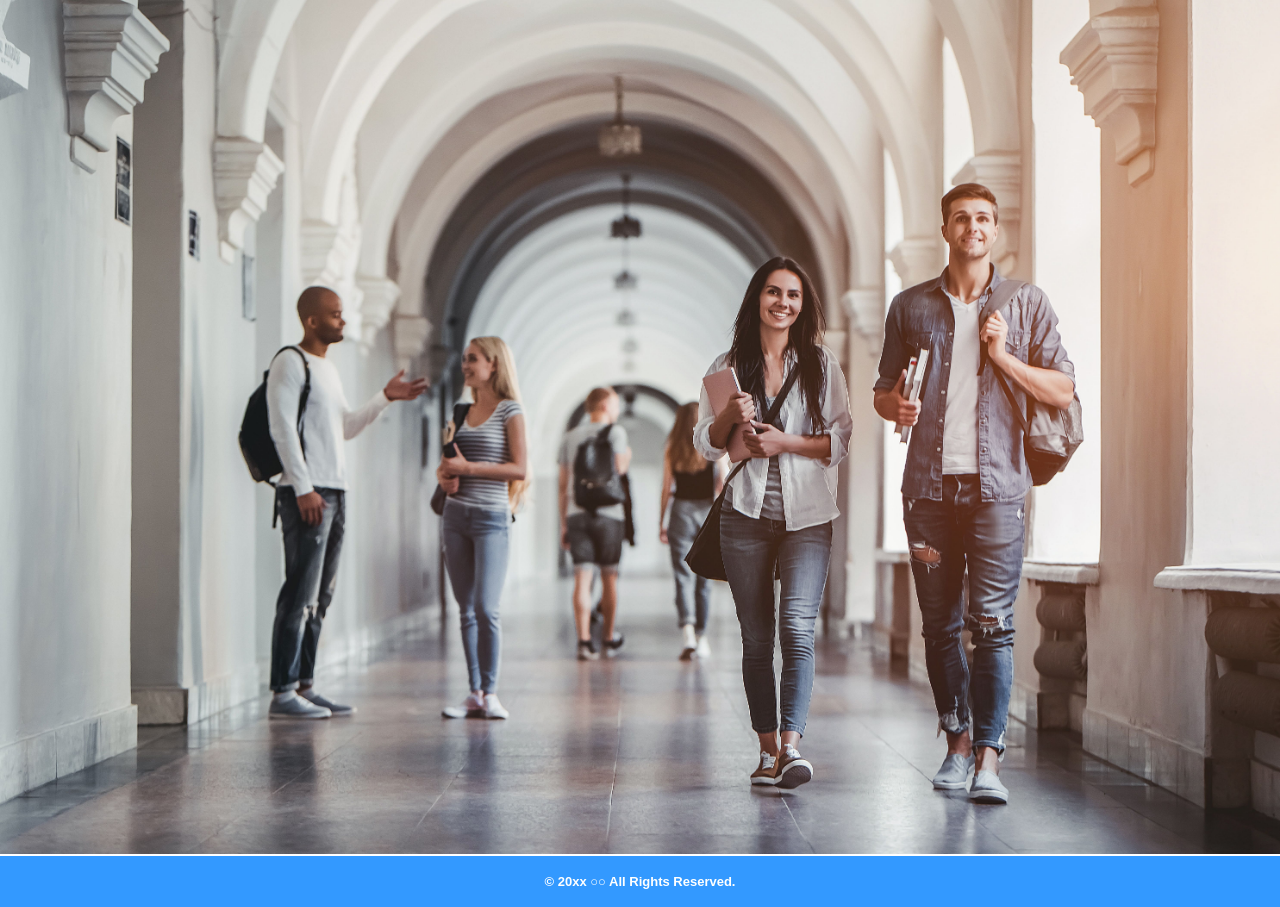
Repository: kanoma03/samurai_HTML-CSS
Page: html/home.html
The author's editor kept a record of every edit. The page is drawn from the files as they stood at one moment, then again after the next edit.
The browser window is 1280 px wide. The pictures show the whole page.

Above is the page before.

After the next edit:
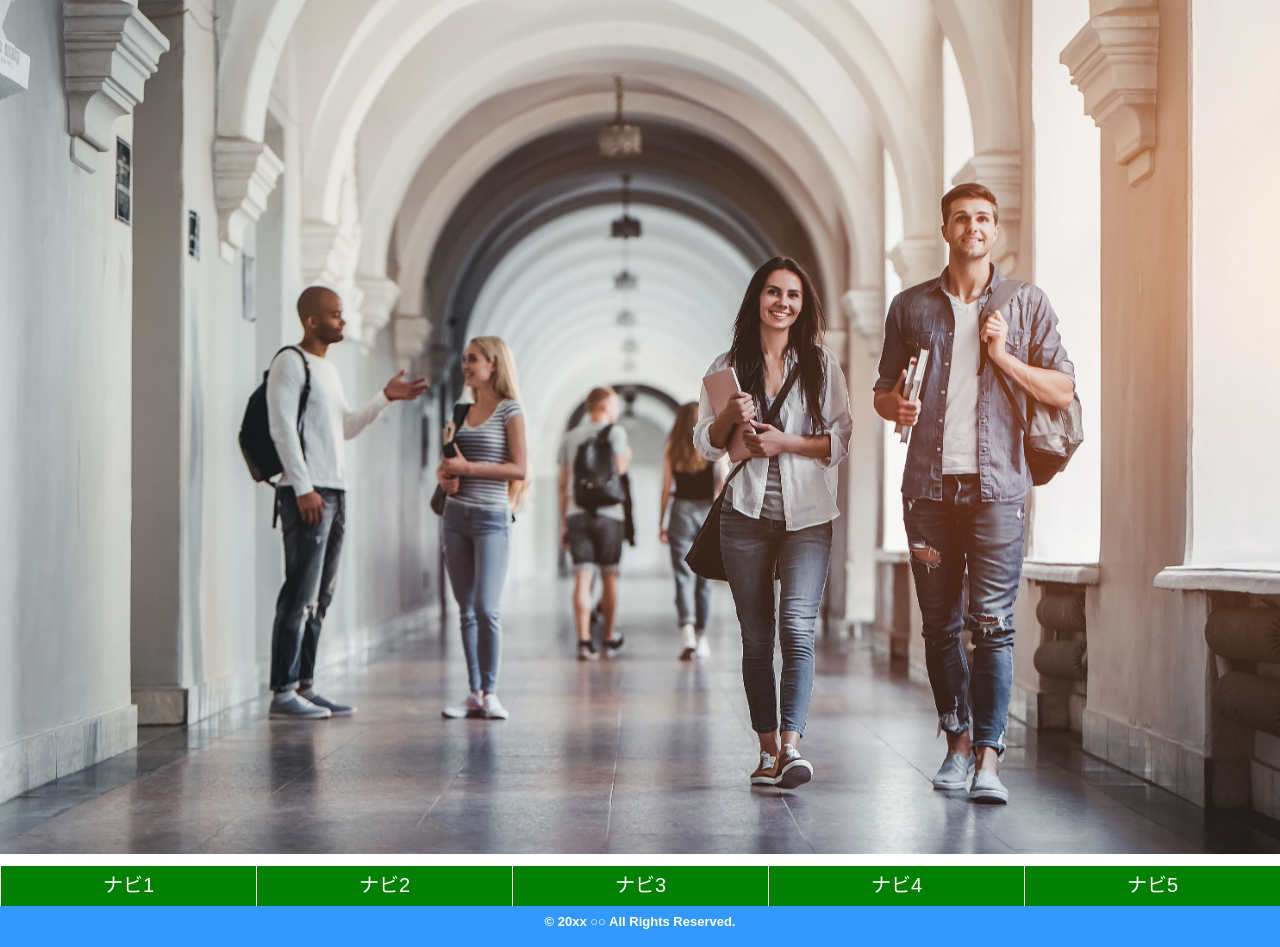
The edit:
--- a/html/home.html
+++ b/html/home.html
@@ -10,6 +10,15 @@
             <h1><a href="index.html"><img id="corridor" src="corridor.jpg" alt="大学の廊下" /></a></h1>
         </div>
         <div id="wrapper">
+             <div id="nav">
+                <ul>
+                    <li><a href="home.html">ナビ1</a></li>
+                    <li><a href="#">ナビ2</a></li>
+                    <li><a href="#">ナビ3</a></li>
+                    <li><a href="#">ナビ4</a></li>
+                    <li><a href="#">ナビ5</a></li>
+                </ul>
+            </div>
         </div>
             <div id="footer">
                 <p>&copy; 20xx ○○ All Rights Reserved.
